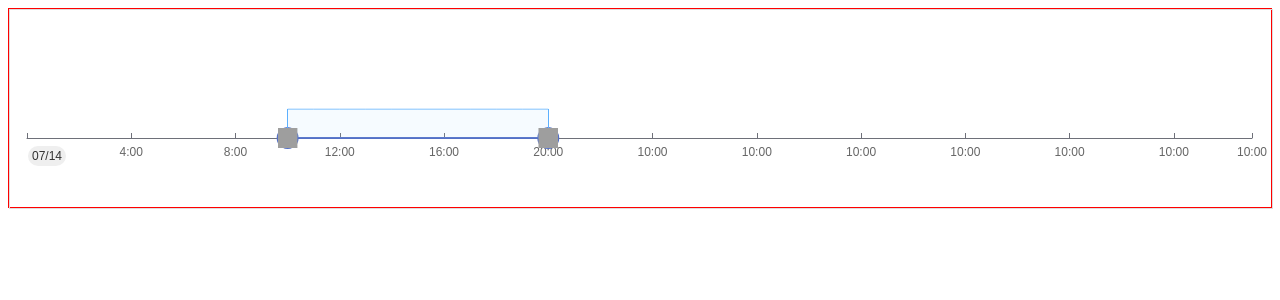
Repository: hanjituan/npm-package
Page: /
These files come from the project's save history. The page is drawn as it stood at one moment and after the next save; the edit follows.
The browser window is 1280 px wide. The pictures show the whole page.
Pictures or frames that could not be fetched are drawn as grey boxes. The project was rebuilt for these pictures with package versions that can differ from the ones it lists, and the page was loaded fresh each time. Also part of the build but not shown: vite.config.js.

Above is the page before, as saved 2025-07-14 10:50:10.

After the next save:
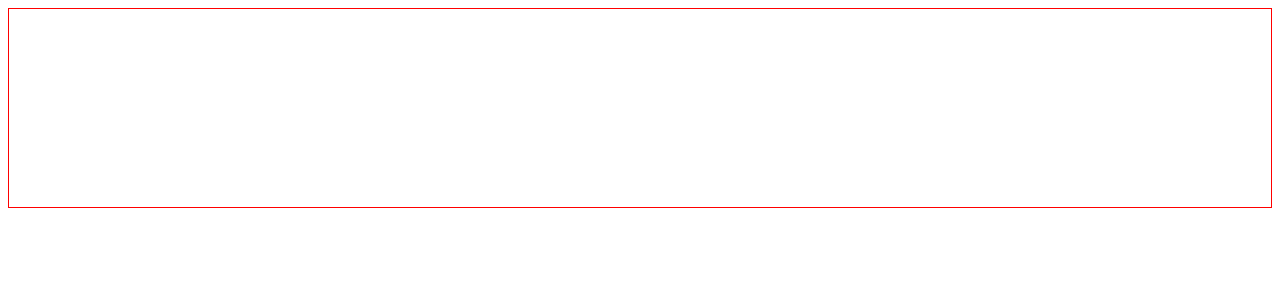
Saved 3 s later.
--- a/src/App.vue
+++ b/src/App.vue
@@ -6,7 +6,7 @@
 
 <script setup>
 import { ref } from "vue";
-import DragChart from "./components/drag-chart.vue";
+// import DragChart from "./components/drag-chart.vue";
 
 const activeTime = ref(null);
 </script>
